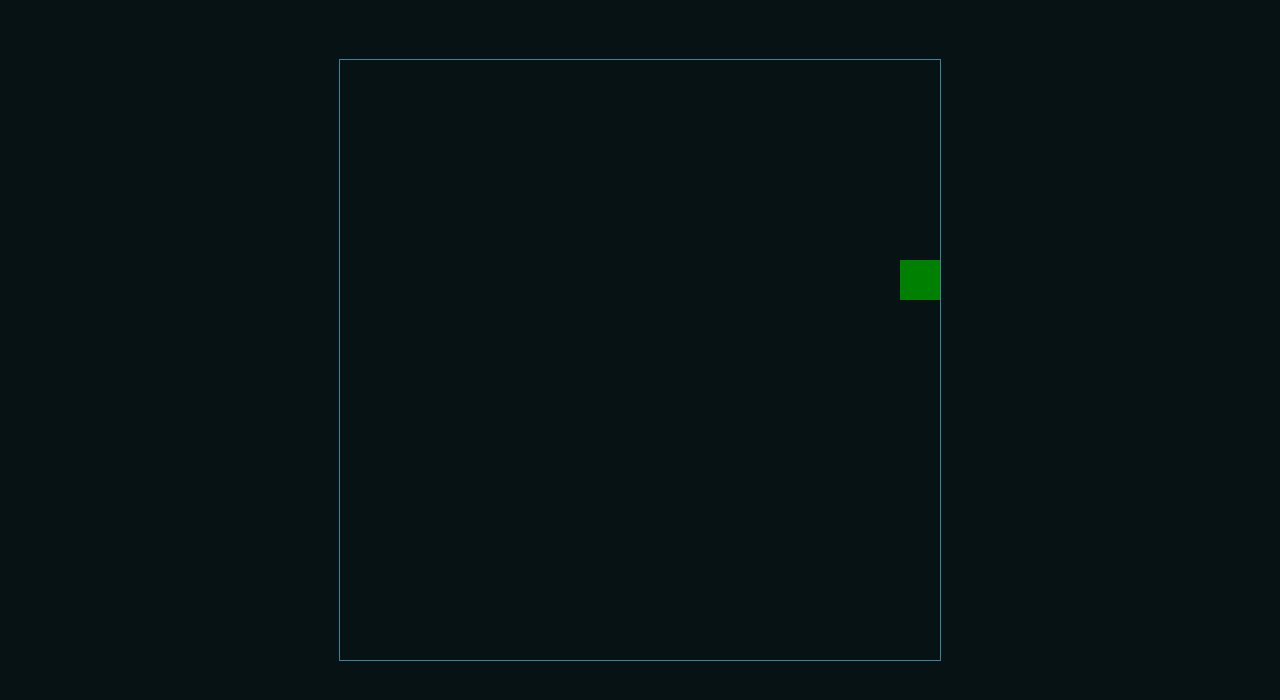
Repository: rehans-Life/linkedlist-snake-game
Page: /
An editor plug-in stored every save of this project. The page is shown before and after the next save, followed by the edit.
The browser window is 1280 px wide. The pictures show the whole page.
The project was rebuilt for these pictures with package versions that can differ from the ones it lists, and the page was loaded fresh each time. The framework's server and built-in components were replaced by stand-ins that run in the browser. Also part of the build but not shown: next.config.js.

Above is the page before, as saved 2023-04-15 17:22:58.

### pages/index.js
import Head from "next/head";
import styles from "../styles/Home.module.css";
import Board from "../components/Board";

export default function Home() {
  return (
    <div className={styles.container}>
      <Head>
        <title>Linked List Snake Game</title>
        <meta name="description" content="linked list snake game" />
        <link rel="icon" href="/favicon.ico" />
      </Head>
      <Board />
    </div>
  );
}

### styles/globals.css
html,
body {
  padding: 0;
  margin: 0;
  font-family: -apple-system, BlinkMacSystemFont, Segoe UI, Roboto, Oxygen,
    Ubuntu, Cantarell, Fira Sans, Droid Sans, Helvetica Neue, sans-serif;
}

a {
  color: inherit;
  text-decoration: none;
}

* {
  box-sizing: border-box;
}

button {
  margin: 0;
  padding: 0;
}

### styles/Home.module.css
.container {
  background-color: rgb(7, 18, 21);
  height: 100vh;
  display: flex;
  align-items: center;
  justify-content: center;
}

.board {
  border: 1px solid rgb(62, 131, 154);
}

.row {
  display: flex;
  align-items: center;
  justify-content: center;
}

.cell {
  width: 40px;
  height: 40px;
  /* border: 1px solid rgb(123, 222, 255); */
}

.snake_cell {
  background-color: green;
}

.food_cell {
  background-color: crimson;
}

### components/Board.jsx
/* eslint-disable react-hooks/exhaustive-deps */
import React, { useEffect, useState } from "react";
import styles from "../styles/Home.module.css";
import { createBoard } from "../utils";

const BOARD_SIZE = 10;

// A Class to represent each node of the linked list
class Node {
  constructor(value, row, col) {
    this.value = value;
    this.row = row;
    this.col = col;
    this.next = null;
  }
}

// A class to represent the singly linked list
class SinglyLinkedList {
  constructor(head) {
    let node = new Node(head.value, head.row, head.col);
    this.head = node;
    this.tail = node;
  }
}

const Direction = {
  UP: "UP",
  RIGHT: "RIGHT",
  DOWN: "DOWN",
  LEFT: "LEFT",
};

export default function Board() {
  const [board, setBoard] = useState(createBoard(15));

  // A set to store the values of all snake cells intially our snake will be of size
  // one cell and start from the 44th cells
  const [snakeCells, setSnakeCells] = useState(new Set([80]));

  // A linked list for our snake initally going to have only one node which
  // is at cell 44
  const [linkedlist, setLinkedList] = useState(
    new SinglyLinkedList({ value: 80, row: 5, col: 4 })
  );

  const [foodCell, setFoodCell] = useState(85);

  const [direction, setDirection] = useState(Direction.RIGHT);

  useEffect(() => {
    window.addEventListener("keydown", (e) => {
      handleKeyDown(e.key);
    });
    let gameStartInternal = setInterval(() => {
      setLinkedList((currLinkedList) => moveLinkedList(currLinkedList));
    }, 500);
    return () => {
      clearInterval(gameStartInternal);
    };
  }, [direction]);

  useEffect(() => {
    setSnakeCells((currSnakeCells) => moveSnakeCells(currSnakeCells));
  }, [linkedlist]);

  function handleKeyDown(key) {
    const direction = getDirectionFromKey(key);
    if (direction === "") return;
    setDirection(direction);
  }

  const getDirectionFromKey = (key) => {
    if (key === "ArrowUp") return Direction.UP;
    if (key === "ArrowRight") return Direction.RIGHT;
    if (key === "ArrowDown") return Direction.DOWN;
    if (key === "ArrowLeft") return Direction.LEFT;
    return "";
  };

  function moveLinkedList(originalLinkedlist) {
    let linkedList = copyLinkedList(originalLinkedlist);
    let currHead = linkedList.head;
    let newHead;

    if (direction === "LEFT")
      newHead = new Node(
        board[currHead.row][currHead.col - 1],
        currHead.row,
        currHead.col - 1
      );
    else if (direction === "RIGHT")
      newHead = new Node(
        board[currHead.row][currHead.col + 1],
        currHead.row,
        currHead.col + 1
      );
    else if (direction === "DOWN")
      newHead = new Node(
        board[currHead.row + 1][currHead.col],
        currHead.row + 1,
        currHead.col
      );
    else if (direction === "UP")
      newHead = new Node(
        board[currHead.row - 1][currHead.col],
        currHead.row - 1,
        currHead.col
      );
    currHead.next = newHead;
    return { head: newHead, tail: linkedList.tail.next };
  }

  console.log(linkedlist);

  function copyLinkedList(linkedList) {
    let node = linkedList.tail;
    let newNode = new Node(node.value, node.row, node.col);
    let newTail = newNode;
    while (node.next) {
      let next = node.next;
      let newNext = new Node(next.value, next.row, next.col);
      node = next;
      newNode.next = newNext;
      newNode = newNext;
    }
    return {
      head: newNode,
      tail: newTail,
    };
  }

  function moveSnakeCells() {
    let movedSnake = [];
    let node = linkedlist.tail;

    while (node) {
      movedSnake.push(node.value);
      node = node.next;
    }
    movedSnake.reverse();
    return new Set(movedSnake);
  }

  return (
    <div className={styles.board}>
      {board.map((row, i) => (
        <div key={i} className={styles.row}>
          {row.map((value, j) => (
            <div
              key={j}
              className={`${styles.cell} ${
                snakeCells.has(value) ? styles.snake_cell : ""
              }`}
            ></div>
          ))}
        </div>
      ))}
    </div>
  );
}

### utils.js
const randomIntInIntervel = (max, min) => {
  return Math.floor(Math.random() * (max - min + 1)) + min;
};

export const createBoard = (board_size) => {
  // All the cells which have a certain value assigned to them
  let board = [];
  let counter = 1;
  for (let i = 0; i < board_size; i++) {
    let row = [];
    for (let j = 0; j < board_size; j++) row.push(counter++);
    board.push(row);
  }
  return board;
};

Loaded but not shown: pages/_app.js (common file)

After the next save:
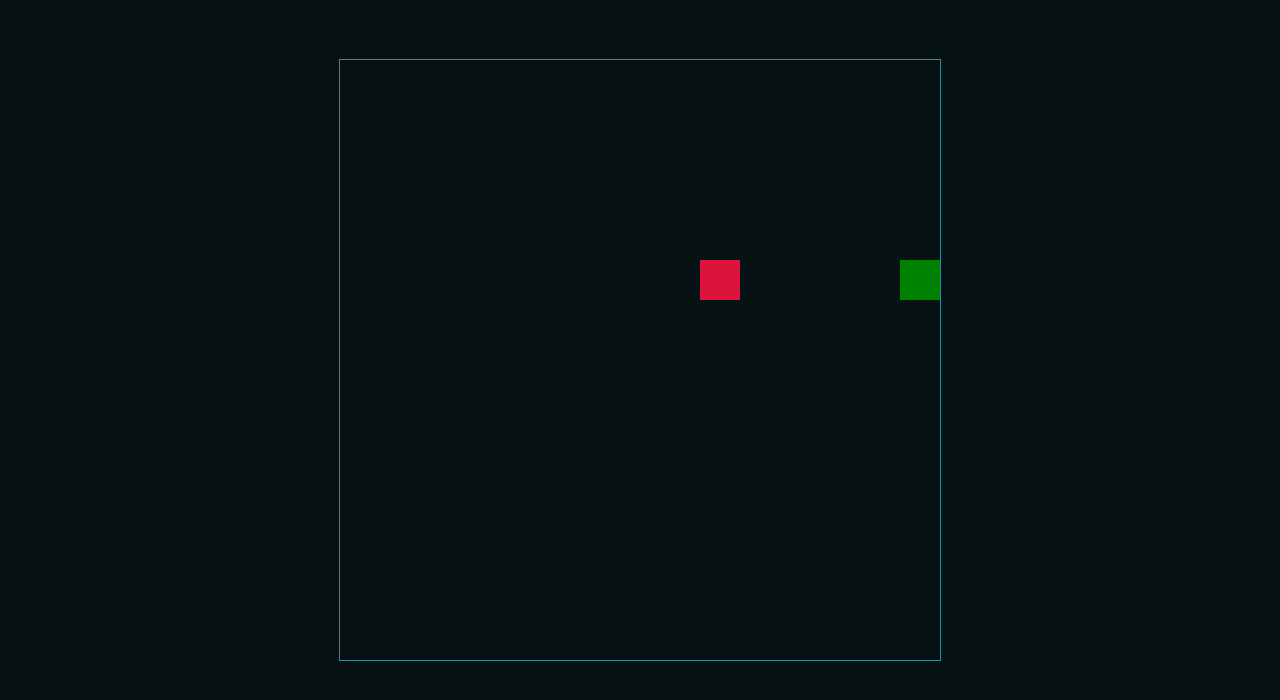
Saved 45 s later.
--- a/components/Board.jsx
+++ b/components/Board.jsx
@@ -150,7 +150,11 @@ export default function Board() {
             <div
               key={j}
               className={`${styles.cell} ${
-                snakeCells.has(value) ? styles.snake_cell : ""
+                snakeCells.has(value)
+                  ? styles.snake_cell
+                  : value === foodCell
+                  ? styles.food_cell
+                  : ""
               }`}
             ></div>
           ))}
